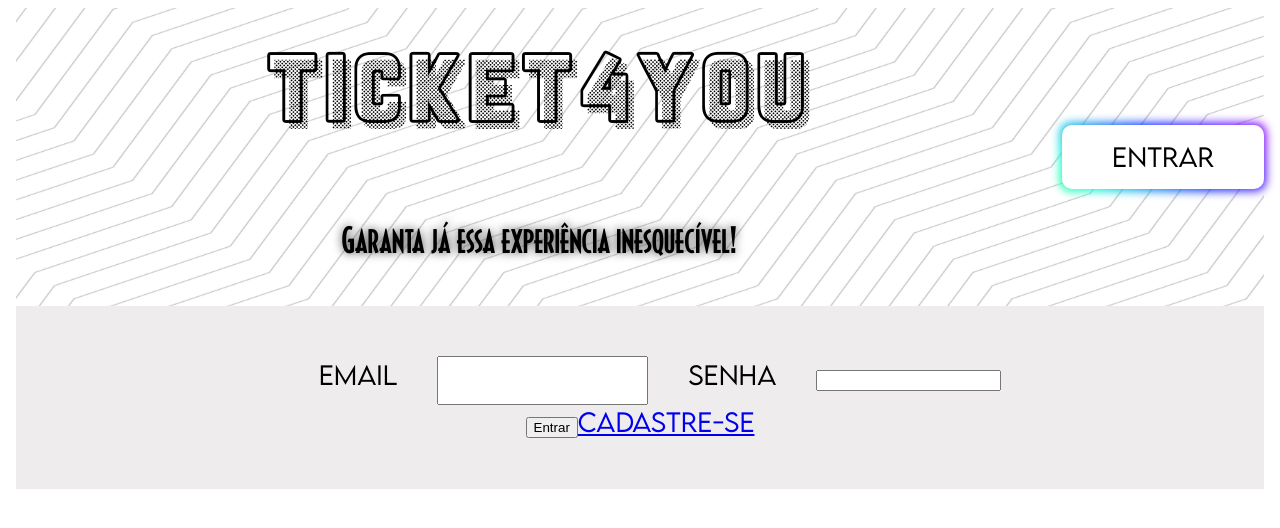
Repository: hellengurgaczz/projeto-DSA
Page: /login
An editor plug-in stored every save of this project. The page is shown before and after a run of saves, followed by the edit.
The browser window is 1280 px wide. The pictures show the whole page.
The project was rebuilt for these pictures with package versions that can differ from the ones it lists, and the page was loaded fresh each time. Some packages were replaced by stand-ins written for this rebuild. Also part of the build but not shown: angular.json, src/app/ingressos/templates/cadastrar/cadastrar.component.ts, src/app/models/ingresso.model.ts, src/app/services/ingresso.service.ts, src/app/compra/comprar-ingresso/comprar-ingresso.component.ts, src/app/models/compra.model.ts, src/app/services/compra.service.ts, src/app/ingressos/templates/deletar/deletar.component.ts and 3 more.

Above is the page before, as saved 2022-05-10 12:31:20.

After the next 2 saves:
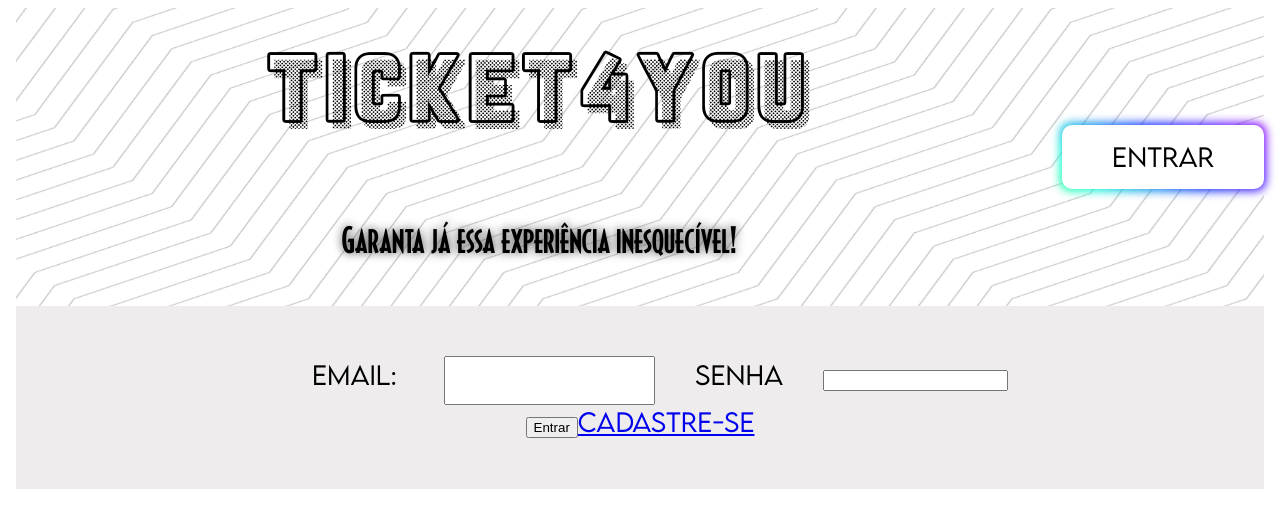
The 2 saves are shown as one change because they came seconds apart.
The last was saved 11 s later.
--- a/src/app/login/login.component.html
+++ b/src/app/login/login.component.html
@@ -1,5 +1,5 @@
 <div class="all">
-    <label class="email" for="email">Email</label>
+    <label class="email" for="email">Email: </label>
     <input type="text"  name="email" class="emailinput" [(ngModel)]="login.email">
 
     <label class="senha" for="senha">Senha</label>
